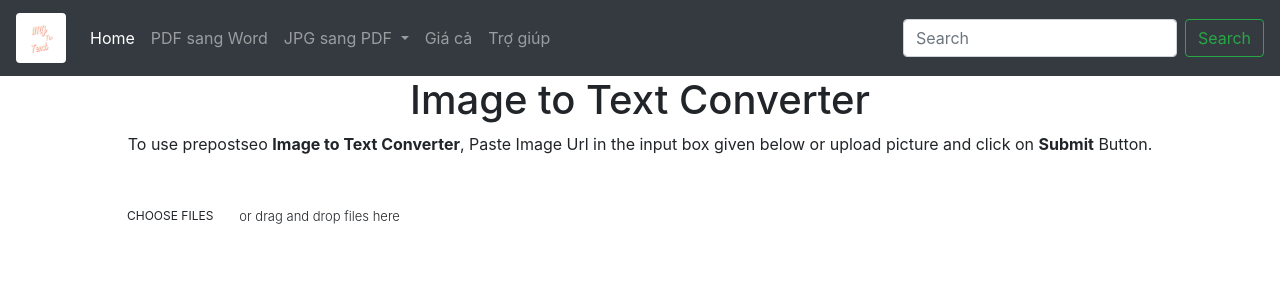
Repository: Tung1227/PBL6-2022
Page: index.html
These files come from the project's save history. The page is drawn as it stood at one moment and after the next save; the edit follows.
The browser window is 1280 px wide. The pictures show the whole page.

Above is the page before, as saved 2022-09-16 20:36:33.

### index.html
<!doctype html>
<html lang="en">

<head>
    <title>Title</title>
    <!-- Required meta tags -->
    <meta charset="utf-8">
    <meta name="viewport" content="width=device-width, initial-scale=1, shrink-to-fit=no">

    <!-- Bootstrap CSS -->
    <link rel="stylesheet" href="https://stackpath.bootstrapcdn.com/bootstrap/4.3.1/css/bootstrap.min.css"
        integrity="sha384-ggOyR0iXCbMQv3Xipma34MD+dH/1fQ784/j6cY/iJTQUOhcWr7x9JvoRxT2MZw1T" crossorigin="anonymous">
    <link rel="stylesheet" href="public/css/index.css">
</head>

<body>
    <nav class="navbar navbar-expand-lg navbar-dark bg-dark">
        <a class="navbar-brand" href="#">
            <img class="rounded" src="public/img/logo.png" width="50" height="50" alt="">
        </a>
        <button class="navbar-toggler" type="button" data-toggle="collapse" data-target="#navbarSupportedContent"
            aria-controls="navbarSupportedContent" aria-expanded="false" aria-label="Toggle navigation">
            <span class="navbar-toggler-icon"></span>
        </button>

        <div class="collapse navbar-collapse" id="navbarSupportedContent">
            <ul class="navbar-nav mr-auto">
                <li class="nav-item active">
                    <a class="nav-link" href="#">Home <span class="sr-only">(current)</span></a>
                </li>
                <li class="nav-item">
                    <a class="nav-link" href="#">PDF sang Word</a>
                </li>
                <li class="nav-item dropdown">
                    <a class="nav-link dropdown-toggle" href="#" id="navbarDropdown" role="button"
                        data-toggle="dropdown" aria-haspopup="true" aria-expanded="false">
                        JPG sang PDF
                    </a>
                    <div class="dropdown-menu" aria-labelledby="navbarDropdown">
                        <a class="dropdown-item" href="#">Action</a>
                        <a class="dropdown-item" href="#">Another action</a>
                        <div class="dropdown-divider"></div>
                        <a class="dropdown-item" href="#">Something else here</a>
                    </div>
                </li>
                <li class="nav-item">
                    <a class="nav-link" href="#">Giá cả</a>
                </li>
                <li class="nav-item">
                    <a class="nav-link" href="#">Trợ giúp</a>
                </li>
            </ul>
            <form class="form-inline my-2 my-lg-0 ">
                <input class="form-control mr-sm-2" type="search" placeholder="Search" aria-label="Search">
                <button class="btn btn-outline-success my-2 my-sm-0 " type="submit">Search</button>
            </form>
        </div>
    </nav>
    <div class="container">
        <div class="col-xs-1-12 text-center">
            <h1 class="">Image to Text Converter</h1>
            <p class="text16">To use prepostseo <strong>Image to Text Converter</strong>, Paste Image Url in the input
                box given below or upload picture and click on <strong>Submit</strong> Button.</p>
            <div class="file-drop-area">
                <span class="choose-file-button">Choose files</span>
                <span class="file-message">or drag and drop files here</span>
                <input class="file-input" type="file" multiple>
            </div>
        </div>
    </div>
    <!-- Optional JavaScript -->
    <!-- jQuery first, then Popper.js, then Bootstrap JS -->
    <script src="https://code.jquery.com/jquery-3.3.1.slim.min.js"
        integrity="sha384-q8i/X+965DzO0rT7abK41JStQIAqVgRVzpbzo5smXKp4YfRvH+8abtTE1Pi6jizo"
        crossorigin="anonymous"></script>
    <script src="https://cdnjs.cloudflare.com/ajax/libs/popper.js/1.14.7/umd/popper.min.js"
        integrity="sha384-UO2eT0CpHqdSJQ6hJty5KVphtPhzWj9WO1clHTMGa3JDZwrnQq4sF86dIHNDz0W1"
        crossorigin="anonymous"></script>
    <script src="https://stackpath.bootstrapcdn.com/bootstrap/4.3.1/js/bootstrap.min.js"
        integrity="sha384-JjSmVgyd0p3pXB1rRibZUAYoIIy6OrQ6VrjIEaFf/nJGzIxFDsf4x0xIM+B07jRM"
        crossorigin="anonymous"></script>
</body>

</html>

### public/css/index.css
* {
    padding: 0px;
    margin: 0px;
}

.file-drop-area {
    position: relative;
    display: flex;
    align-items: center;
    width: 450px;
    max-width: 100%;
    padding: 25px;
    border: 1px dashed rgba(255, 255, 255, 0.4);
    border-radius: 3px;
    transition: 0.2s;
}

.choose-file-button {
    flex-shrink: 0;
    background-color: rgba(255, 255, 255, 0.04);
    border: 1px solid rgba(255, 255, 255, 0.1);
    border-radius: 3px;
    padding: 8px 15px;
    margin-right: 10px;
    font-size: 12px;
    text-transform: uppercase;
}

.file-message {
    font-size: small;
    font-weight: 300;
    line-height: 1.4;
    white-space: nowrap;
    overflow: hidden;
    text-overflow: ellipsis;
}

.file-input {
    position: absolute;
    left: 0;
    top: 0;
    height: 100%;
    width: 100%;
    cursor: pointer;
    opacity: 0;
}

After the next save:
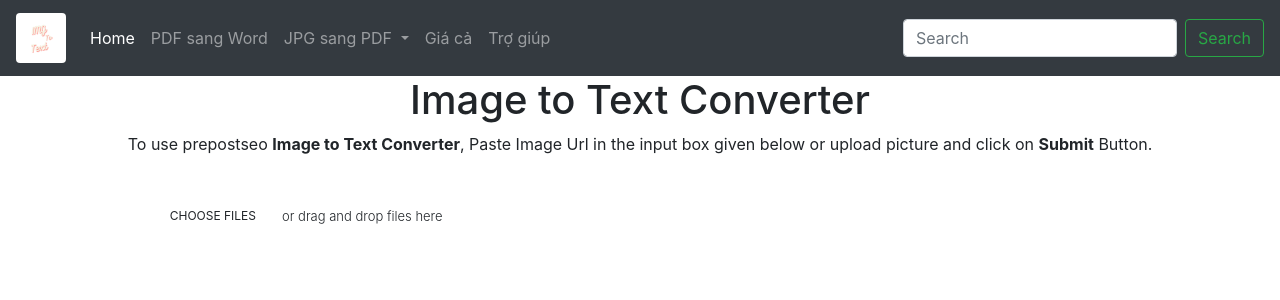
Saved 81 s later.
--- a/index.html
+++ b/index.html
@@ -56,7 +56,7 @@
             </form>
         </div>
     </nav>
-    <div class="container">
+    <div class="container d-flex justify-content-center mt-100">
         <div class="col-xs-1-12 text-center">
             <h1 class="">Image to Text Converter</h1>
             <p class="text16">To use prepostseo <strong>Image to Text Converter</strong>, Paste Image Url in the input
